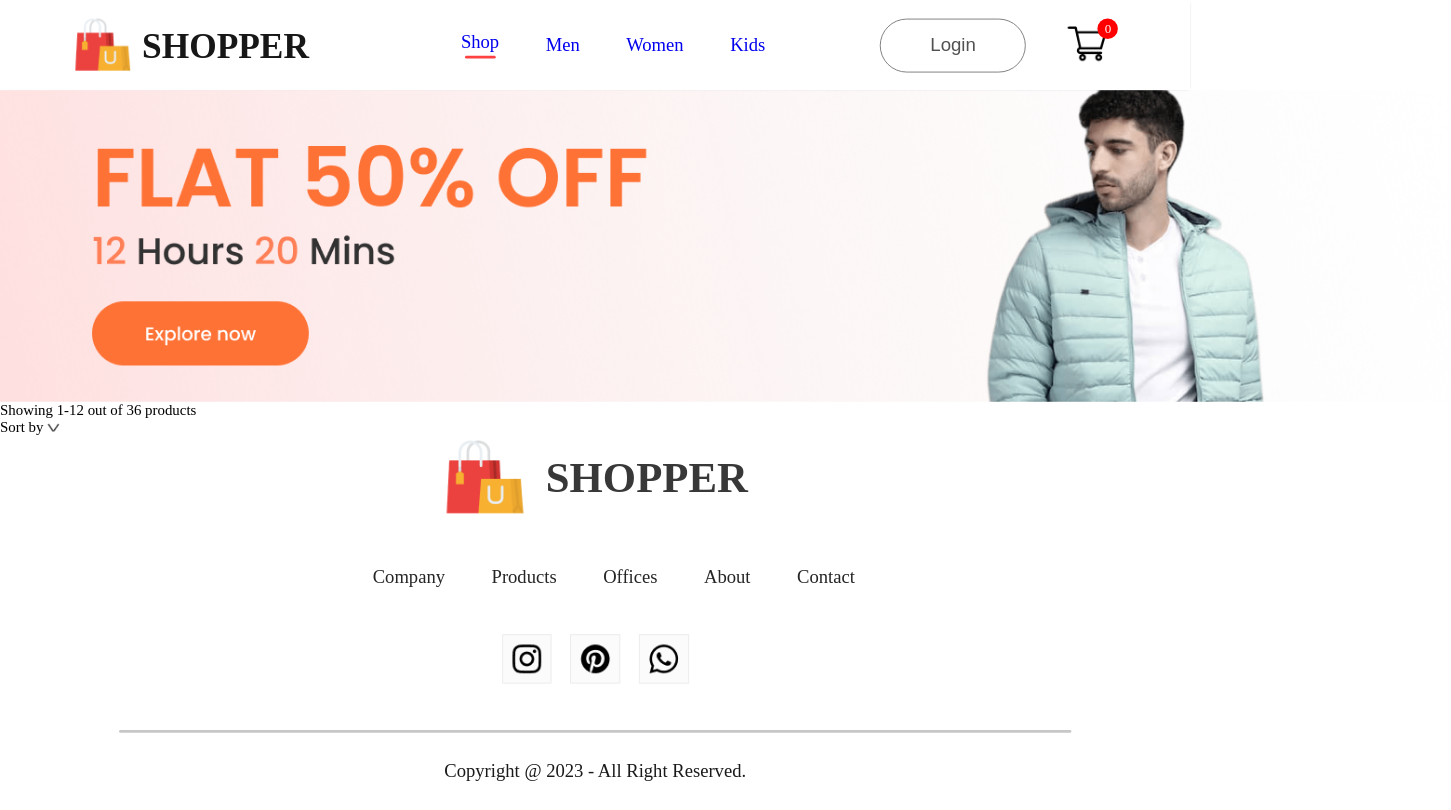
Repository: Ego-Wolf/Deploy-Reactjs-Websites
Page: /mens
These files come from the project's save history. The page is drawn as it stood at one moment and after the next save; the edit follows.
The browser window is 1280 px wide. The page is 1560 px wide, then 1280 px, so the pictures cover 1560 px, including what lies to the right of the window. The pictures show the whole page, at 93% of full size.
The project was rebuilt for these pictures with package versions that can differ from the ones it lists, and the page was loaded fresh each time. Also part of the build but not shown: src/App.css, src/Components/Hero/Hero.css, src/Components/Hero/Hero.jsx, src/Components/Popular/Popular.css, src/Components/Assets/data.js, src/Components/Item/Item.css, src/Components/Item/Item.jsx, src/Components/Popular/Popular.jsx and 10 more. Imported but missing from the stored project, and not drawn on this page: src/Pages/Cart.

Above is the page before, as saved 2023-11-17 23:23:49.

### public/index.html
<!DOCTYPE html>
<html lang="en">
  <head>
    <meta charset="utf-8" />
    <link rel="icon" href="%PUBLIC_URL%/favicon.ico" />
    <meta name="viewport" content="width=device-width, initial-scale=1" />
    <meta name="theme-color" content="#000000" />
    <meta
      name="description"
      content="Web site created using create-react-app"
    />
    <link rel="apple-touch-icon" href="%PUBLIC_URL%/logo192.png" />
    <!--
      manifest.json provides metadata used when your web app is installed on a
      user's mobile device or desktop. See https://developers.google.com/web/fundamentals/web-app-manifest/
    -->
    <link rel="manifest" href="%PUBLIC_URL%/manifest.json" />

    <!--
      Notice the use of %PUBLIC_URL% in the tags above.
      It will be replaced with the URL of the `public` folder during the build.
      Only files inside the `public` folder can be referenced from the HTML.

      Unlike "/favicon.ico" or "favicon.ico", "%PUBLIC_URL%/favicon.ico" will
      work correctly both with client-side routing and a non-root public URL.
      Learn how to configure a non-root public URL by running `npm run build`.
    -->
    <title>E-Commerce</title>
  </head>
  <body>
    <noscript>You need to enable JavaScript to run this app.</noscript>
    <div id="root"></div>
    <!--
      This HTML file is a template.
      If you open it directly in the browser, you will see an empty page.

      You can add webfonts, meta tags, or analytics to this file.
      The build step will place the bundled scripts into the <body> tag.

      To begin the development, run `npm start` or `yarn start`.
      To create a production bundle, use `npm run build` or `yarn build`.
    -->
  </body>
</html>

### src/index.js
import React from 'react';
import ReactDOM from 'react-dom/client';
import './index.css';
import App from './App';
import reportWebVitals from './reportWebVitals';
import ShopContextProvider from './Context/ShopContext'

const root = ReactDOM.createRoot(document.getElementById('root'));
root.render(
  <ShopContextProvider>
    <App />
  </ShopContextProvider>
);

// If you want to start measuring performance in your app, pass a function
// to log results (for example: reportWebVitals(console.log))
// or send to an analytics endpoint. Learn more: https://bit.ly/CRA-vitals
reportWebVitals();

### src/App.js
import './App.css';
import { Navbar } from './Components/Navbar/Navbar';
import { BrowserRouter, Routes, Route } from 'react-router-dom';
import Shop from './Pages/Shop';
import ShopCategory  from './Pages/ShopCategory';
import Product from './Pages/Product';
import Cart from './Pages/Cart';
import LoginSignup from './Pages/LoginSignup';
import Footer from './Components/Footer/Footer';
import men_banner from './Components/Assets/banner_mens.png'
import women_banner from './Components/Assets/banner_women.png'
import kid_banner from './Components/Assets/banner_kids.png'


function App() {
  return (
    <div>
      <BrowserRouter>
      <Navbar/>
      <Routes>
        <Route path='/' element={<Shop/>}/>
        <Route path='/mens' element={<ShopCategory banner={men_banner} category="mens"/>}/>
        <Route path='/womens' element={<ShopCategory banner={women_banner}  category="women"/>}/>
        <Route path='/kids' element={<ShopCategory banner={kid_banner} category="kids"/>}/>
        <Route path="product" element={<Product/>}>
          <Route path='"productId' element={<Product/>}/>
        </Route>
        <Route path='/cart' element={<Cart/>}/>
        <Route path='/login' element={<LoginSignup/>}/>
      </Routes>
      <Footer/>
      </BrowserRouter>
    </div>
  );
}

export default App;

### src/Context/ShopContext.jsx
import React, {createContext} from 'react';
import all_product from '../Components/Assets/all_product';

export const ShopContext = createContext(null);

const ShopContextProvider = (props)=>{
    const contextValue = {all_product};

    return (
        <ShopContext.Provider value={contextValue}>
            {props.children}
        </ShopContext.Provider>
    )
}

export default ShopContextProvider;

### src/Components/Navbar/Navbar.jsx
import React, {useState} from 'react'
import './Navbar.css'
import logo from '../Assets/logo.png'
import cart_icon from '../Assets/cart_icon.png'
import { Link } from 'react-router-dom'

export const Navbar = () => {
    const [menu,setMenu] = useState("shop");

  return (
    <div className='navbar'>
        <div className="nav-logo">
            <img src={logo} alt="" />
            <p>SHOPPER</p>
        </div>
        <ul className="nav-menu">
            <li onClick={()=>{setMenu("shop")}}><Link style={{textDecoration: 'none'}} to='/'>Shop</Link>{menu==="shop"?<hr/>:<></>}</li>
            <li onClick={()=>{setMenu("mens")}}><Link style={{textDecoration: 'none'}} to='/mens'>Men</Link>{menu==="mens"?<hr/>:<></>}</li>
            <li onClick={()=>{setMenu("womens")}}><Link style={{textDecoration: 'none'}} to='/womens'>Women</Link>{menu==="womens"?<hr/>:<></>}</li>
            <li onClick={()=>{setMenu("kids")}}><Link style={{textDecoration: 'none'}} to='/kids'>Kids</Link>{menu==="kids"?<hr/>:<></>}</li>
        </ul>
        <div className="nav-login-cart">
            <Link to='/login'><button>Login</button></Link>
            <Link to='/cart'><img src={cart_icon} alt="" /></Link>
            <div className="nav-cart-count">0</div>
        </div>
    </div>
  )
}

### src/Pages/ShopCategory.jsx
import React, { useContext} from 'react'
import './CSS/ShopCategory.css'
import { ShopContext } from '../Context/ShopContext'
import dropdown_icon from "../Components/Assets/dropdown_icon.png"
import Item from '../Components/Item/Item'



const ShopCategory = (props) => {
  const {all_product} = useContext(ShopContext);
  return (
    <div className='shop-category'>
      <img className='shopcategory-banner' src={props.banner} alt="" />
      <div className="shopcategory-indexSort">
        <p>
          <span>Showing 1-12</span> out of 36 products
        </p>
        <div className="shopcategory-sort">
          Sort by <img src={dropdown_icon} alt="" />
        </div>
      </div>
      <div className="shopcategory-products">
        {all_product.map((item, i)=>{
          if (props.category===item.category) {
            return <Item key={i} id={item.id} name={item.name} image={item.image} new_price={item.new_price} old_price={item.old_price} />
          }
          else {
            return null;
          }
        })}
      </div>
    </div>
  )
}

export default ShopCategory

### src/Components/Footer/Footer.jsx
import React from 'react'
import './Footer.css'
import footer_logo from '../Assets/logo_big.png'
import instagram_icon from '../Assets/instagram_icon.png'
import pintester_icon from '../Assets/pintester_icon.png'
import whatsapp_icon from '../Assets/whatsapp_icon.png'


const Footer = () => {
  return (
    <div className='footer'>
        <div className="footer-logo">
            <img src={footer_logo} alt="" />
            <p>SHOPPER</p>
        </div>
        <ul className="footer-links">
            <li>Company</li>
            <li>Products</li>
            <li>Offices</li>
            <li>About</li>
            <li>Contact</li>
        </ul>
        <div className="footer-social-icon">
            <div className="footer-icons-container">
                <img src={instagram_icon} alt="" />
            </div>
            <div className="footer-icons-container">
                <img src={pintester_icon} alt="" />
            </div>
            <div className="footer-icons-container">
                <img src={whatsapp_icon} alt="" />
            </div>
        </div>

        <div className="footer-copyright">
            <hr />
            <p>Copyright @ 2023 - All Right Reserved.</p>
        </div>
    </div>
  )
}

export default Footer

### src/Components/Assets/all_product.js
import p1_img from "./product_1.png";
import p2_img from "./product_2.png";
import p3_img from "./product_3.png";
import p4_img from "./product_4.png";
import p5_img from "./product_5.png";
import p6_img from "./product_6.png";
import p7_img from "./product_7.png";
import p8_img from "./product_8.png";
import p9_img from "./product_9.png";
import p10_img from "./product_10.png";
import p11_img from "./product_11.png";
import p12_img from "./product_12.png";
import p13_img from "./product_13.png";
import p14_img from "./product_14.png";
import p15_img from "./product_15.png";
import p16_img from "./product_16.png";
import p17_img from "./product_17.png";
import p18_img from "./product_18.png";
import p19_img from "./product_19.png";
import p20_img from "./product_20.png";
import p21_img from "./product_21.png";
import p22_img from "./product_22.png";
import p23_img from "./product_23.png";
import p24_img from "./product_24.png";
import p25_img from "./product_25.png";
import p26_img from "./product_26.png";
import p27_img from "./product_27.png";
import p28_img from "./product_28.png";
import p29_img from "./product_29.png";
import p30_img from "./product_30.png";
import p31_img from "./product_31.png";
import p32_img from "./product_32.png";
import p33_img from "./product_33.png";
import p34_img from "./product_34.png";
import p35_img from "./product_35.png";
import p36_img from "./product_36.png";

let all_product = [
  {
    id: 1,
    name: "Striped Flutter Sleeve Overlap Collar Peplum Hem Blouse",
    category: "women",
    image: p1_img,
    new_price: 50.0,
    old_price: 80.5,
  },
  {
    id: 2,
    name: "Striped Flutter Sleeve Overlap Collar Peplum Hem Blouse",
    category: "women",
    image: p2_img,
    new_price: 85.0,
    old_price: 120.5,
  },
  {
    id: 3,
    name: "Striped Flutter Sleeve Overlap Collar Peplum Hem Blouse",
    category: "women",
    image: p3_img,
    new_price: 60.0,
    old_price: 100.5,
  },
  {
    id: 4,
    name: "Striped Flutter Sleeve Overlap Collar Peplum Hem Blouse",
    category: "women",
    image: p4_img,
    new_price: 100.0,
    old_price: 150.0,
  },
  {
    id: 5,
    name: "Striped Flutter Sleeve Overlap Collar Peplum Hem Blouse",
    category: "women",
    image: p5_img,
    new_price: 85.0,
    old_price: 120.5,
  },
  {
    id: 6,
    name: "Striped Flutter Sleeve Overlap Collar Peplum Hem Blouse",
    category: "women",
    image: p6_img,
    new_price: 85.0,
    old_price: 120.5,
  },
  {
    id: 7,
    name: "Striped Flutter Sleeve Overlap Collar Peplum Hem Blouse",
    category: "women",
    image: p7_img,
    new_price: 85.0,
    old_price: 120.5,
  },
  {
    id: 8,
    name: "Striped Flutter Sleeve Overlap Collar Peplum Hem Blouse",
    category: "women",
    image: p8_img,
    new_price: 85.0,
    old_price: 120.5,
  },
  {
    id: 9,
    name: "Striped Flutter Sleeve Overlap Collar Peplum Hem Blouse",
    category: "women",
    image: p9_img,
    new_price: 85.0,
    old_price: 120.5,
  },
  {
    id: 10,
    name: "Striped Flutter Sleeve Overlap Collar Peplum Hem Blouse",
    category: "women",
    image: p10_img,
    new_price: 85.0,
    old_price: 120.5,
  },
  {
    id: 11,
    name: "Striped Flutter Sleeve Overlap Collar Peplum Hem Blouse",
    category: "women",
    image: p11_img,
    new_price: 85.0,
    old_price: 120.5,
  },
  {
    id: 12,
    name: "Striped Flutter Sleeve Overlap Collar Peplum Hem Blouse",
    category: "women",
    image: p12_img,
    new_price: 85.0,
    old_price: 120.5,
  },
  {
    id: 13,
    name: "Men Green Solid Zippered Full-Zip Slim Fit Bomber Jacket",
    category: "men",
    image: p13_img,
    new_price: 85.0,
    old_price: 120.5,
  },
  {
    id: 14,
    name: "Men Green Solid Zippered Full-Zip Slim Fit Bomber Jacket",
    category: "men",
    image: p14_img,
    new_price: 85.0,
    old_price: 120.5,
  },
  {
    id: 15,
    name: "Men Green Solid Zippered Full-Zip Slim Fit Bomber Jacket",
    category: "men",
    image: p15_img,
    new_price: 85.0,
    old_price: 120.5,
  },
  {
    id: 16,
    name: "Men Green Solid Zippered Full-Zip Slim Fit Bomber Jacket",
    category: "men",
    image: p16_img,
    new_price: 85.0,
    old_price: 120.5,
  },
  {
    id: 17,
    name: "Men Green Solid Zippered Full-Zip Slim Fit Bomber Jacket",
    category: "men",
    image: p17_img,
    new_price: 85.0,
    old_price: 120.5,
  },
  {
    id: 18,
    name: "Men Green Solid Zippered Full-Zip Slim Fit Bomber Jacket",
    category: "men",
    image: p18_img,
    new_price: 85.0,
    old_price: 120.5,
  },
  {
    id: 19,
    name: "Men Green Solid Zippered Full-Zip Slim Fit Bomber Jacket",
    category: "men",
    image: p19_img,
    new_price: 85.0,
    old_price: 120.5,
  },
  {
    id: 20,
    name: "Men Green Solid Zippered Full-Zip Slim Fit Bomber Jacket",
    category: "men",
    image: p20_img,
    new_price: 85.0,
    old_price: 120.5,
  },
  {
    id: 21,
    name: "Men Green Solid Zippered Full-Zip Slim Fit Bomber Jacket",
    category: "men",
    image: p21_img,
    new_price: 85.0,
    old_price: 120.5,
  },
  {
    id: 22,
    name: "Men Green Solid Zippered Full-Zip Slim Fit Bomber Jacket",
    category: "men",
    image: p22_img,
    new_price: 85.0,
    old_price: 120.5,
  },
  {
    id: 23,
    name: "Men Green Solid Zippered Full-Zip Slim Fit Bomber Jacket",
    category: "men",
    image: p23_img,
    new_price: 85.0,
    old_price: 120.5,
  },
  {
    id: 24,
    name: "Men Green Solid Zippered Full-Zip Slim Fit Bomber Jacket",
    category: "men",
    image: p24_img,
    new_price: 85.0,
    old_price: 120.5,
  },
  {
    id: 25,
    name: "Boys Orange Colourblocked Hooded Sweatshirt",
    category: "kid",
    image: p25_img,
    new_price: 85.0,
    old_price: 120.5,
  },
  {
    id: 26,
    name: "Boys Orange Colourblocked Hooded Sweatshirt",
    category: "kid",
    image: p26_img,
    new_price: 85.0,
    old_price: 120.5,
  },
  {
    id: 27,
    name: "Boys Orange Colourblocked Hooded Sweatshirt",
    category: "kid",
    image: p27_img,
    new_price: 85.0,
    old_price: 120.5,
  },
  {
    id: 28,
    name: "Boys Orange Colourblocked Hooded Sweatshirt",
    category: "kid",
    image: p28_img,
    new_price: 85.0,
    old_price: 120.5,
  },
  {
    id: 29,
    name: "Boys Orange Colourblocked Hooded Sweatshirt",
    category: "kid",
    image: p29_img,
    new_price: 85.0,
    old_price: 120.5,
  },
  {
    id: 30,
    name: "Boys Orange Colourblocked Hooded Sweatshirt",
    category: "kid",
    image: p30_img,
    new_price: 85.0,
    old_price: 120.5,
  },
  {
    id: 31,
    name: "Boys Orange Colourblocked Hooded Sweatshirt",
    category: "kid",
    image: p31_img,
    new_price: 85.0,
    old_price: 120.5,
  },
  {
    id: 32,
    name: "Boys Orange Colourblocked Hooded Sweatshirt",
    category: "kid",
    image: p32_img,
    new_price: 85.0,
    old_price: 120.5,
  },
  {
    id: 33,
    name: "Boys Orange Colourblocked Hooded Sweatshirt",
    category: "kid",
    image: p33_img,
    new_price: 85.0,
    old_price: 120.5,
  },
  {
    id: 34,
    name: "Boys Orange Colourblocked Hooded Sweatshirt",
    category: "kid",
    image: p34_img,
    new_price: 85.0,
    old_price: 120.5,
  },
  {
    id: 35,
    name: "Boys Orange Colourblocked Hooded Sweatshirt",
    category: "kid",
    image: p35_img,
    new_price: 85.0,
    old_price: 120.5,
  },
  {
    id: 36,
    name: "Boys Orange Colourblocked Hooded Sweatshirt",
    category: "kid",
    image: p36_img,
    new_price: 85.0,
    old_price: 120.5,
  },
];

export default all_product;

### src/Components/Navbar/Navbar.css
.navbar {
    display: flex;
    justify-content: space-around;
    padding: 16px;
    box-shadow: 0 1px 3px -2px black;
}

.nav-logo {
    display: flex;
    align-items: center;
    gap: 10px;
}

.nav-logo p {
    color: #171717;
    font-size: 38px;
    font-weight: 600;
}

.nav-menu {
    display: flex;
    align-items: center;
    list-style: none;
    gap: 50px;
    color: #626262;
    font-size: 20px;
    font-weight: 500;
}

.nav-menu li {
    display: flex;
    flex-direction: column;
    align-items: center;
    justify-content: center;
    gap: 3px;
    cursor: pointer;
}

.nav-menu hr {
    border: none;
    width: 80%;
    height: 3px;
    border-radius: 10px;
    background: #ff4141;
}

.nav-login-cart {
    display: flex;
    align-items: center;
    gap: 45px;
}

.nav-login-cart button {
    width: 157px;
    height: 58px;
    outline: none;
    border: 1px solid #7a7a7a;
    border-radius: 75px;
    color: #515151;
    font-size: 20px;
    font-weight: 500;
    background: white;
    cursor: pointer;
}

.nav-login-cart button:active {
    background: #f3f3f3;
}

.nav-cart-count {
    width: 22px;
    height: 22px;
    display: flex;
    justify-content: center;
    align-items: center;
    margin-top: -35px;
    margin-left: -55px;
    border-radius: 11px;
    font-size: 14px;
    background: red;
    color: white;
}

### src/Pages/CSS/ShopCategory.css
.shopcategory-banner {
    display: block;

}

### src/Components/Footer/Footer.css
.footer {
    display: flex;
    flex-direction: column;
    justify-content: center;
    align-items: center;
    gap: 50px;
}

.footer-logo {
    display: flex;
    align-items: center;
    gap: 20px;
}

.footer-logo p {
    color: #383838;
    font-size: 46px;
    font-weight: 700;
}

.footer-links {
    display: flex;
    list-style: none;
    gap: 50px;
    color: #252525;
    font-size: 20px;
}

.footer-links li {
    cursor: pointer;
}

.footer-social-icon {
    display: flex;
    gap: 20px;
}

.footer-icons-container {
    padding: 10px;
    padding-bottom: 6px;
    background: #fbfbfb;
    border: 1px solid #ebebeb;
}

.footer-copyright {
    display: flex;
    flex-direction: column;
    align-items: center;
    gap: 30px;
    width: 100%;
    margin-bottom: 30px;
    color: #1a1a1a;
    font-size: 20px;
}

.footer-copyright hr {
    width: 80%;
    border: none;
    border-radius: 10px;
    height: 3px;
    background: #c7c7c7;
}

Loaded but not shown: src/index.css (common file); src/reportWebVitals.js (common file)

After the next save:
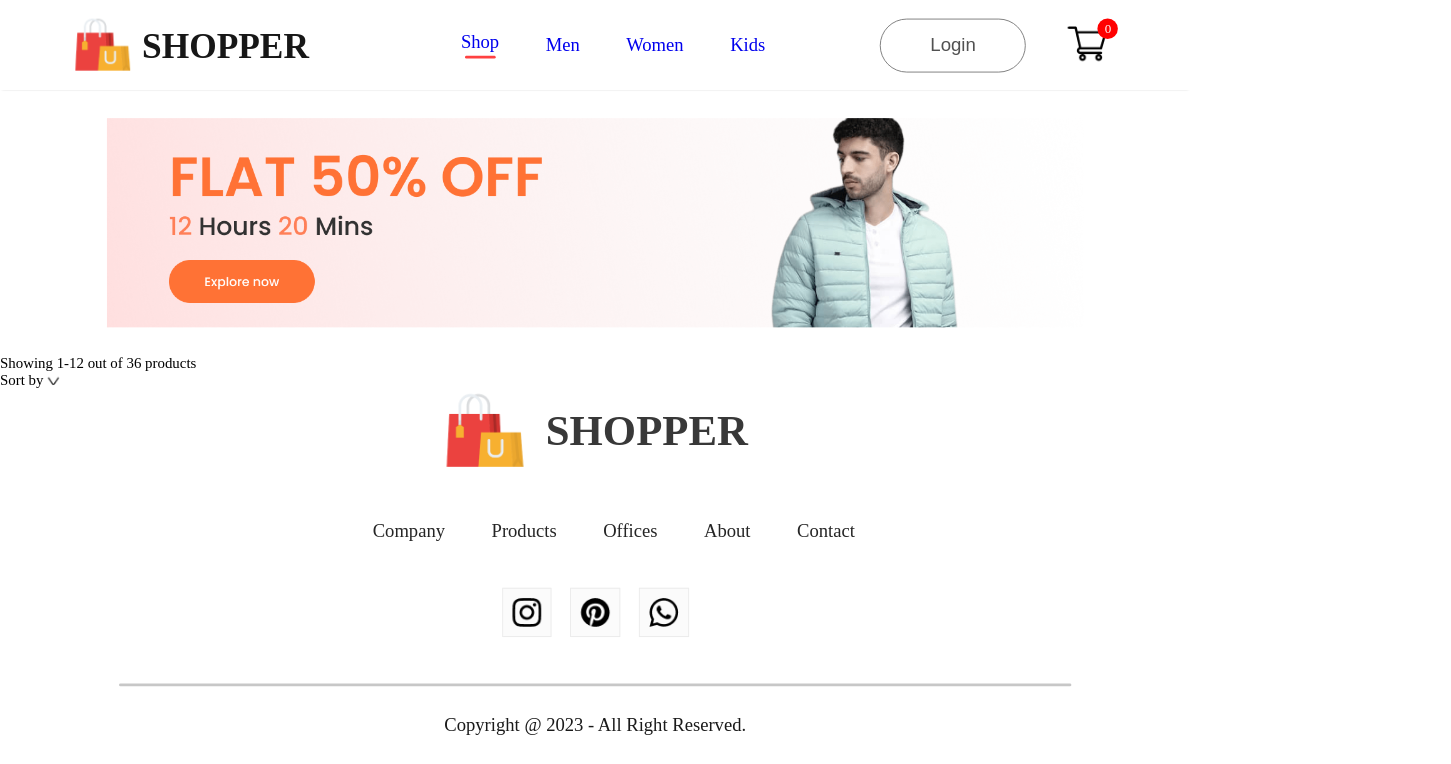
Saved 5 s later.
--- a/src/Pages/CSS/ShopCategory.css
+++ b/src/Pages/CSS/ShopCategory.css
@@ -1,4 +1,5 @@
 .shopcategory-banner {
     display: block;
-
+    margin: 30px auto;
+    width: 82%;
 }
